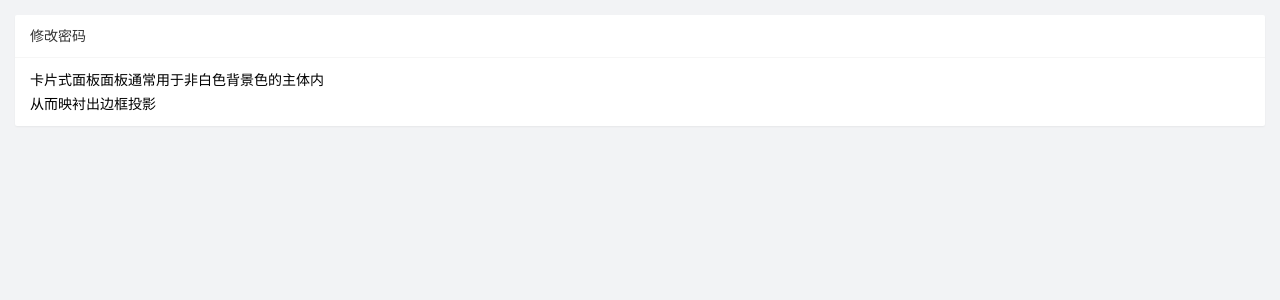
Repository: keyboying1/web_bigevent
Page: user/user_pwd.html
These files come from the project's save history. The page is drawn as it stood at one moment and after the next save; the edit follows.
The browser window is 1280 px wide. The pictures show the whole page.

Above is the page before, as saved 2022-11-19 17:52:39.

After the next save:
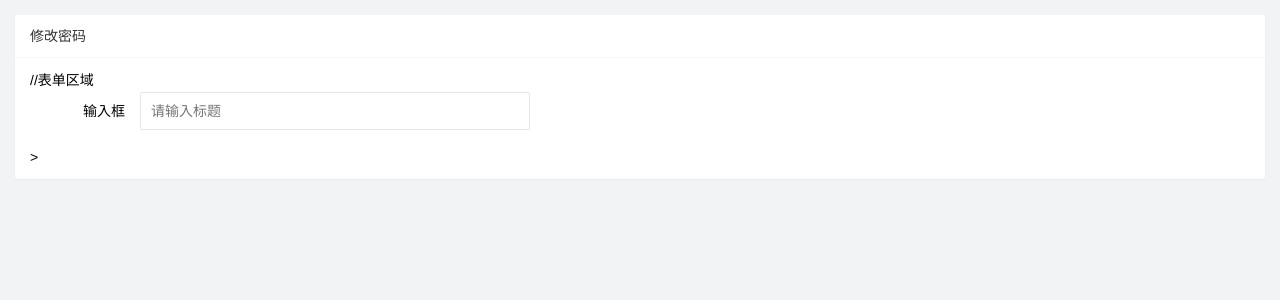
Saved 83 s later.
--- a/user/user_pwd.html
+++ b/user/user_pwd.html
@@ -14,8 +14,15 @@
     <div class="layui-card">
         <div class="layui-card-header">修改密码</div>
         <div class="layui-card-body">
-          卡片式面板面板通常用于非白色背景色的主体内<br>
-          从而映衬出边框投影
+            //表单区域
+            <form class="layui-form">
+                <div class="layui-form-item">
+                  <label class="layui-form-label">输入框</label>
+                  <div class="layui-input-block">
+                    <input type="text" name="title" required  lay-verify="required" placeholder="请输入标题" autocomplete="off" class="layui-input">
+                  </div>
+                </div>
+             </form>>
         </div>
       </div>
 </body>
